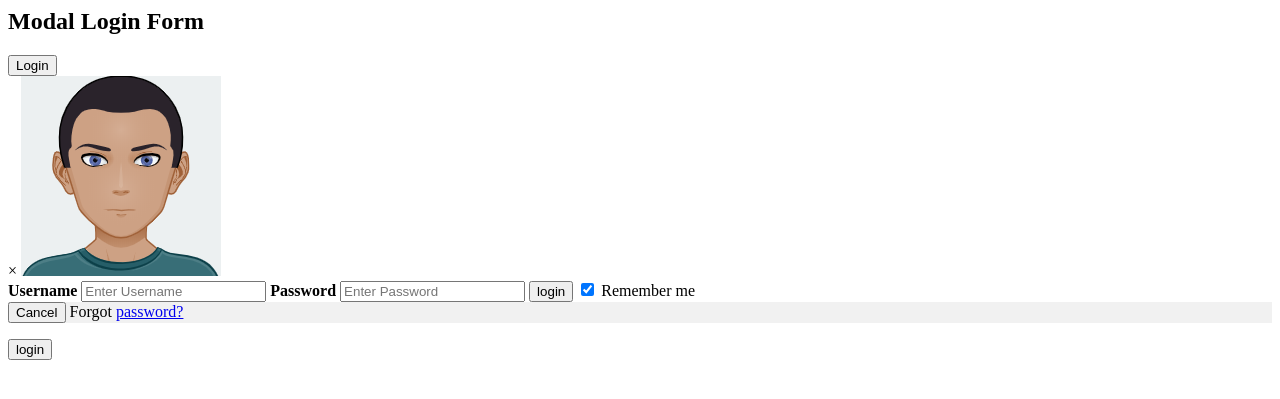
Repository: prathampatel1/pratham12.github.io
Page: choose your hosital/login.html
The author's editor kept a record of every edit. The page is drawn from the files as they stood at one moment, then again after the next edit.
The browser window is 1280 px wide. The pictures show the whole page.

Above is the page before.

### choose your hosital/login.html
</style>
</head>
<body>

<h2>Modal Login Form</h2>

<button onclick="document.getElementById('id01').style.display='block'" style="width:auto;">Login</button>

<div id="id01" class="modal">

  <form class="modal-content animate" action="/action_page.php" method="post">
    <div class="imgcontainer">
      <span onclick="document.getElementById('id01').style.display='none'" class="close" title="Close Modal">&times;</span>
      <img src="myAvatar (1).png" alt="Avatar" class="avatar">
    </div>

    <div class="container">
      <label for="uname"><b>Username</b></label>
      <input type="text" placeholder="Enter Username" name="uname" required>

      <label for="psw"><b>Password</b></label>
      <input type="password" placeholder="Enter Password" name="psw" required>
<button onclick="window.location.href = 'project.html';">login</button>
      <label>
        <input type="checkbox" checked="checked" name="remember"> Remember me
      </label>
    </div>

    <div class="container" style="background-color:#f1f1f1">
      <button type="button" onclick="document.getElementById('id01').style.display='none'" class="cancelbtn">Cancel</button>
      <span class="psw">Forgot <a href="#">password?</a></span>
    </div>
  </form>
</div>

<script>
// Get the modal
var modal = document.getElementById('id01');

// When the user clicks anywhere outside of the modal, close it
window.onclick = function(event) {
    if (event.target == modal) {
        modal.style.display = "none";
    }
}
</script>

</body>
</html>
<button onclick="window.location.href = 'project.html';">login</button>

After the next edit:
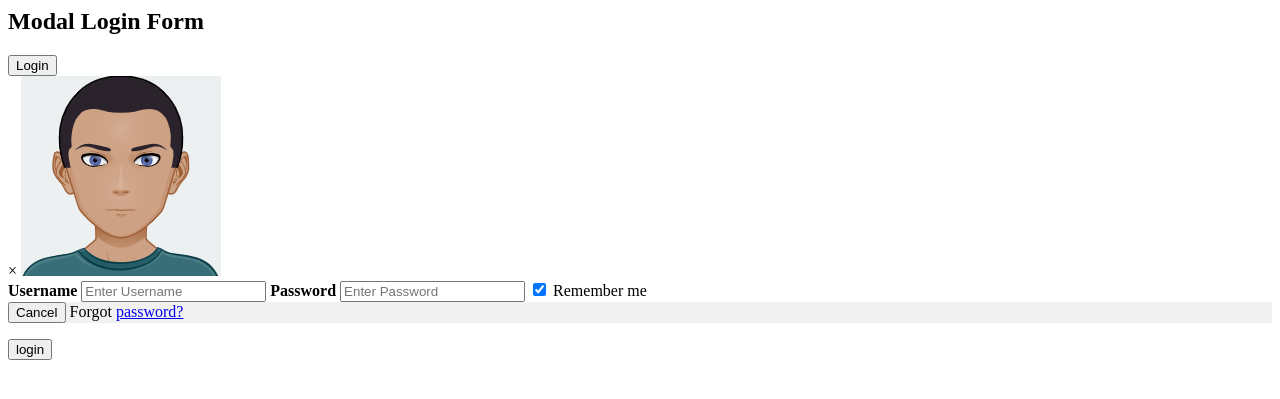
The edit:
--- a/choose your hosital/login.html
+++ b/choose your hosital/login.html
@@ -20,7 +20,6 @@
 
       <label for="psw"><b>Password</b></label>
       <input type="password" placeholder="Enter Password" name="psw" required>
-<button onclick="window.location.href = 'project.html';">login</button>
       <label>
         <input type="checkbox" checked="checked" name="remember"> Remember me
       </label>
